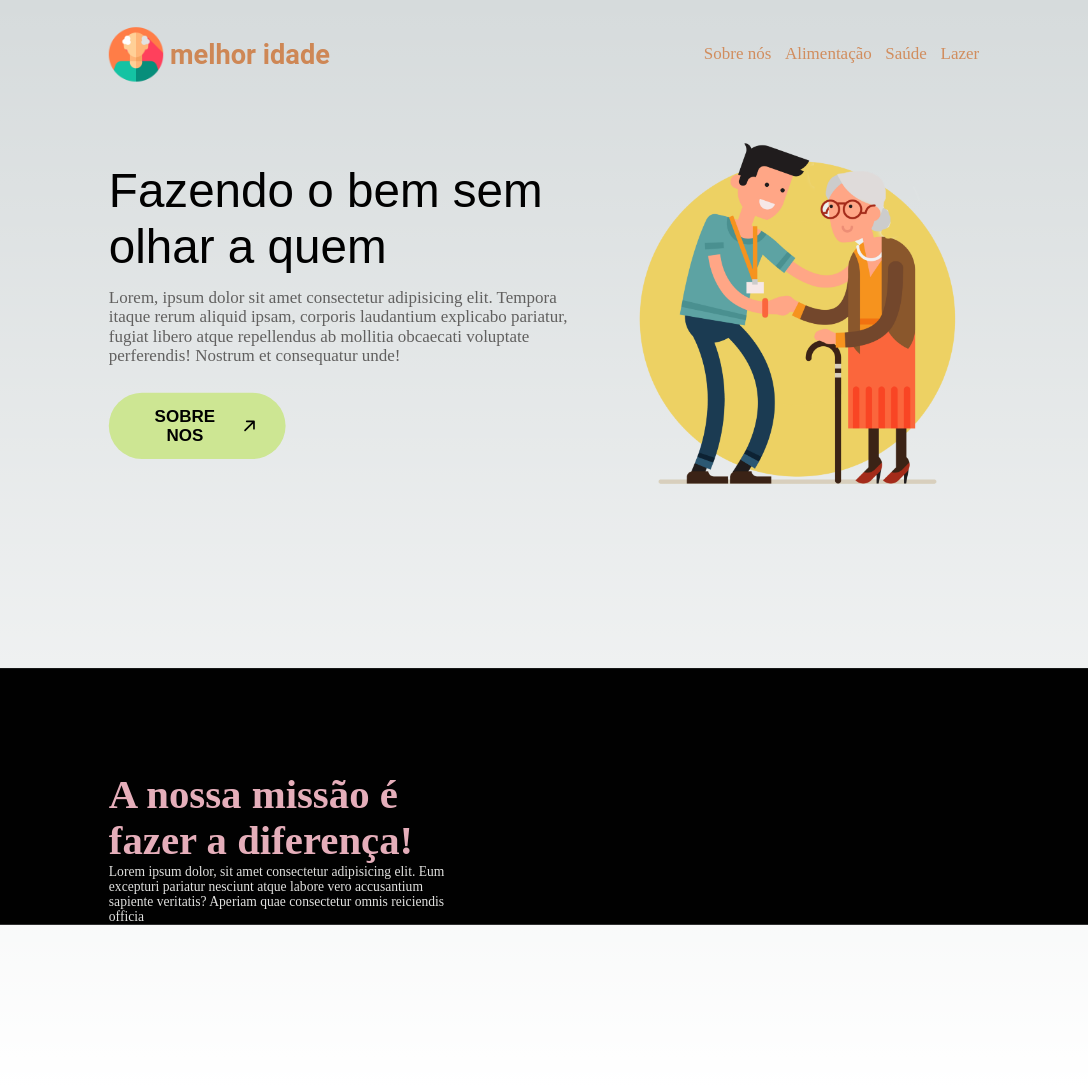
Repository: Giopol12/melhor-idade-online
Page: /home
An editor plug-in stored every save of this project. The page is shown before and after the next save, followed by the edit.
The browser window is 1280 px wide. The pictures show the whole page, at 85% of full size.
The project was rebuilt for these pictures with package versions that can differ from the ones it lists, and the page was loaded fresh each time. The framework's server and built-in components were replaced by stand-ins that run in the browser. Also part of the build but not shown: next.config.js.

Above is the page before, as saved 2023-11-21 10:28:13.

After the next save:
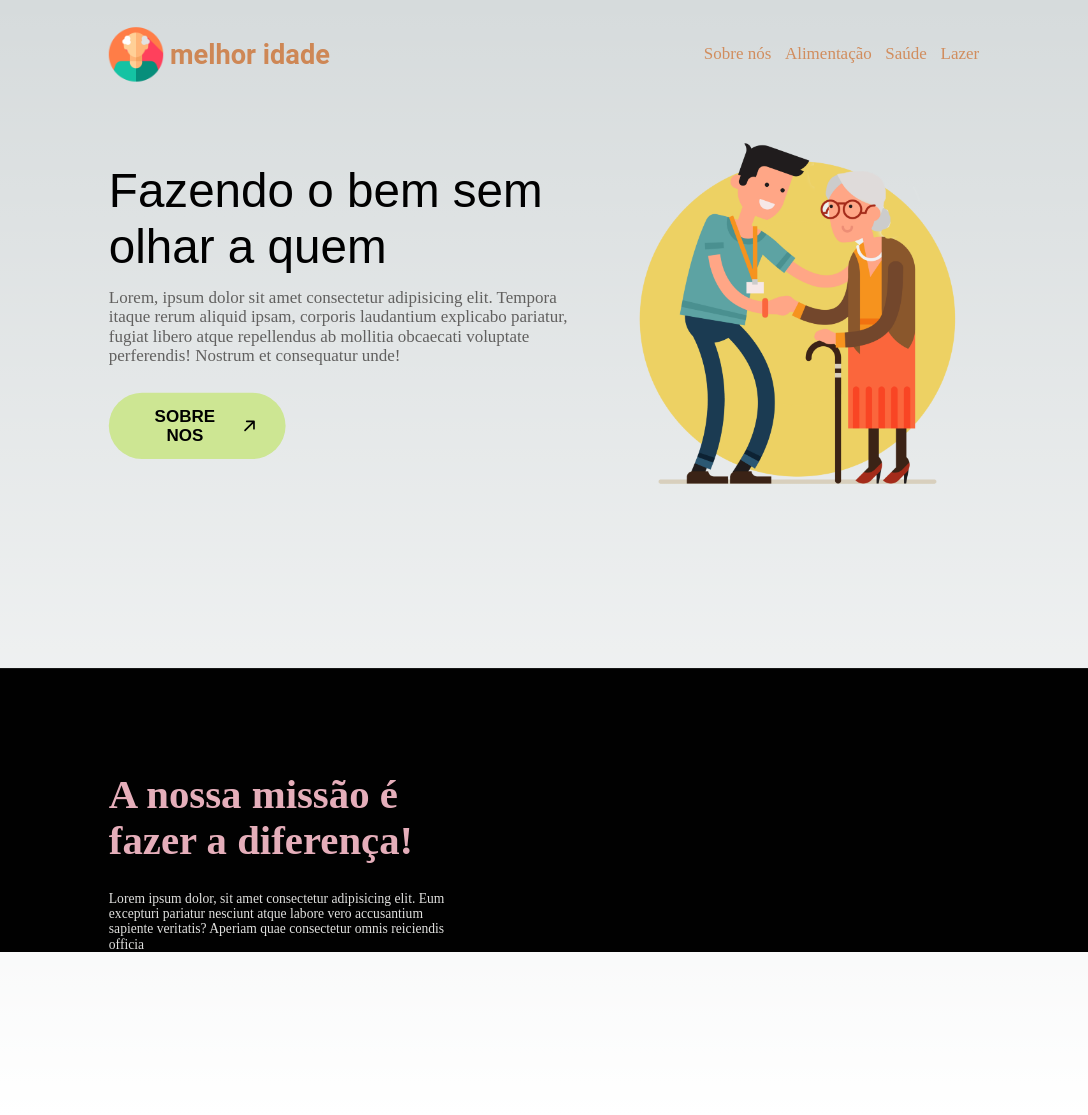
Saved 10 s later.
--- a/src/components/OurMission/styles.ts
+++ b/src/components/OurMission/styles.ts
@@ -12,6 +12,7 @@ export const OurMissionContentContainer = styled('div', {
 export const OurMissionTitleAndDescriptionContainer = styled('div', {
   display: 'flex',
   flexDirection: 'column',
+  gap: '2rem',
   maxWidth: '25rem',
   h1: {
     color: '#E5AEBA',
